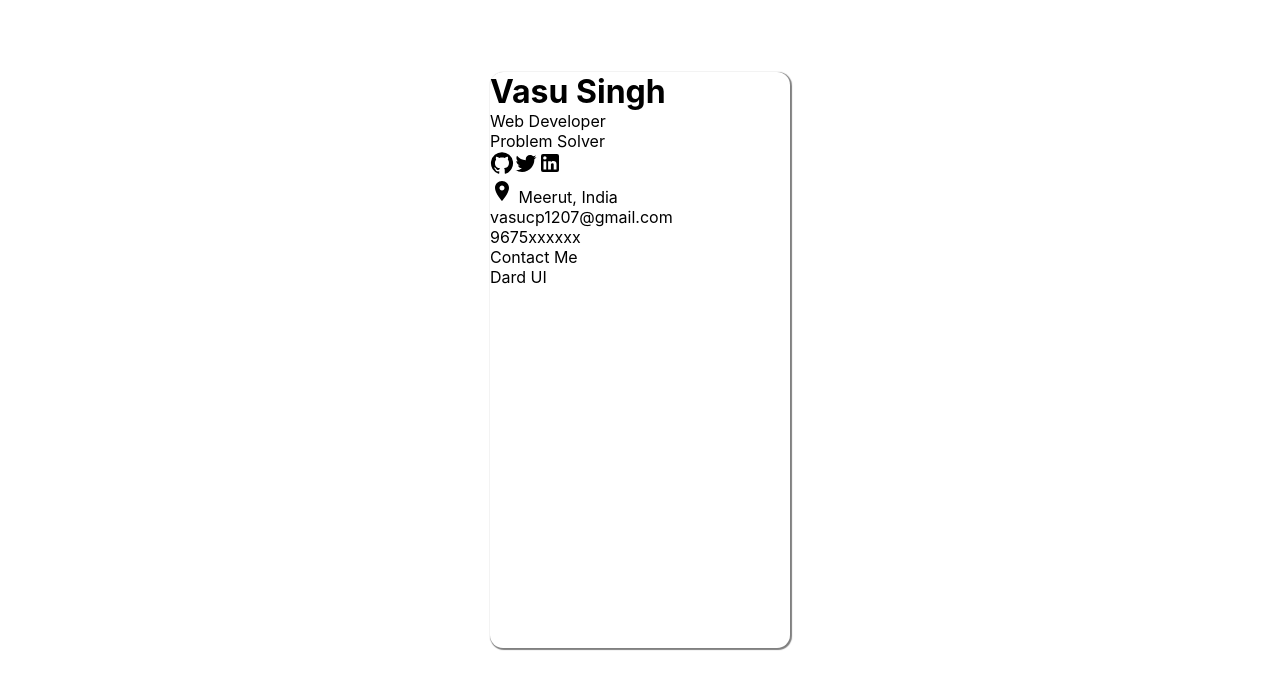
Repository: vasucp1207/grid-port
Page: /about
An editor plug-in stored every save of this project. The page is shown before and after a run of saves, followed by the edit.
The browser window is 1280 px wide. The pictures show the whole page.
Some web fonts or font styles are not loaded; a fallback is used. The project was rebuilt for these pictures with package versions that can differ from the ones it lists, and the page was loaded fresh each time. Also part of the build but not shown: src/pages/Home.js, src/pages/Projects.js.

Above is the page before, as saved 2022-08-16 22:07:16.

### public/index.html
<!DOCTYPE html>
<html lang="en">
  <head>
    <meta charset="utf-8" />
    <link rel="icon" href="%PUBLIC_URL%/favicon.ico" />
    <meta name="viewport" content="width=device-width, initial-scale=1" />
    <meta name="theme-color" content="#000000" />
    <meta
      name="description"
      content="Web site created using create-react-app"
    />
    <link rel="apple-touch-icon" href="%PUBLIC_URL%/logo192.png" />
    <!--
      manifest.json provides metadata used when your web app is installed on a
      user's mobile device or desktop. See https://developers.google.com/web/fundamentals/web-app-manifest/
    -->
    <link rel="manifest" href="%PUBLIC_URL%/manifest.json" />
    <link rel="preconnect" href="https://fonts.googleapis.com">
<link rel="preconnect" href="https://fonts.gstatic.com" crossorigin>
<link href="https://fonts.googleapis.com/css2?family=Kantumruy+Pro:wght@200;300&family=Open+Sans:ital,wght@0,300;0,600;0,700;1,800&family=Poppins:wght@400;600&family=Raleway:wght@300&family=Roboto+Flex:opsz,wght@8..144,300;8..144,400;8..144,500&display=swap" rel="stylesheet">
    <!--
      Notice the use of %PUBLIC_URL% in the tags above.
      It will be replaced with the URL of the `public` folder during the build.
      Only files inside the `public` folder can be referenced from the HTML.

      Unlike "/favicon.ico" or "favicon.ico", "%PUBLIC_URL%/favicon.ico" will
      work correctly both with client-side routing and a non-root public URL.
      Learn how to configure a non-root public URL by running `npm run build`.
    -->
    <title>React App</title>
  </head>
  <body>
    <noscript>You need to enable JavaScript to run this app.</noscript>
    <div id="root"></div>
    <!--
      This HTML file is a template.
      If you open it directly in the browser, you will see an empty page.

      You can add webfonts, meta tags, or analytics to this file.
      The build step will place the bundled scripts into the <body> tag.

      To begin the development, run `npm start` or `yarn start`.
      To create a production bundle, use `npm run build` or `yarn build`.
    -->
  </body>
</html>

### src/App.js
import './App.css';
import { Link, Route, Routes } from 'react-router-dom';
import AboutMe from './pages/AboutMe';
import Home from './pages/Home';
import Projects from './pages/Projects';

function App() {
  return (
    <div>
      <Routes>
        <Route exact path="/" element={<Home />} />
        <Route exact path="/about" element={<AboutMe />} />
        <Route exact path="/projects" element={<Projects />} />
      </Routes>
    </div>
  );
}

export default App;

### src/App.css
:root {
  --d: 700ms;
  --e: cubic-bezier(0.19, 1, 0.22, 1);
  --font-sans: "Rubik", sans-serif;
  --font-serif: "Cardo", serif;
  font-family: Poppins;
}

* {
  box-sizing: border-box;
  padding: 0;
  margin: 0;
}

html, body {
  height: 100vh;
  width: 100vw;
}

body {
  display: grid;
  place-items: center;
}

.page-content {
  display: grid;
  width: 100vw;
  height: 100vh;
  margin: 0 auto;
}
@media (min-width: 600px) {
  .page-content {
    grid-template-columns: repeat(2, 1fr);
  }
}
@media (min-width: 800px) {
  .page-content {
    grid-template-columns: repeat(2, 1fr);
  }
}

.card {
  position: relative;
  display: flex;
  align-items: flex-end;
  overflow: hidden;
  padding: 1rem;
  width: 100%;
  text-align: center;
  color: whitesmoke;
  background-color: whitesmoke;
  box-shadow: 0 1px 1px rgba(0, 0, 0, 0.1), 0 2px 2px rgba(0, 0, 0, 0.1), 0 4px 4px rgba(0, 0, 0, 0.1), 0 8px 8px rgba(0, 0, 0, 0.1), 0 16px 16px rgba(0, 0, 0, 0.1);
}
@media (min-width: 600px) {
  .card {
    height: 100vh;
  }
}
.card:before {
  content: "";
  position: absolute;
  top: 0;
  left: 0;
  width: 100%;
  height: 110%;
  background-size: cover;
  background-position: 0 0;
  transition: transform calc(var(--d) * 1.5) var(--e);
  pointer-events: none;
}
.card:after {
  content: "";
  display: block;
  position: absolute;
  top: 0;
  left: 0;
  width: 100%;
  height: 200%;
  pointer-events: none;
  background-image: linear-gradient(to bottom, rgba(0, 0, 0, 0) 0%, rgba(0, 0, 0, 0.009) 11.7%, rgba(0, 0, 0, 0.034) 22.1%, rgba(0, 0, 0, 0.072) 31.2%, rgba(0, 0, 0, 0.123) 39.4%, rgba(0, 0, 0, 0.182) 46.6%, rgba(0, 0, 0, 0.249) 53.1%, rgba(0, 0, 0, 0.32) 58.9%, rgba(0, 0, 0, 0.394) 64.3%, rgba(0, 0, 0, 0.468) 69.3%, rgba(0, 0, 0, 0.54) 74.1%, rgba(0, 0, 0, 0.607) 78.8%, rgba(0, 0, 0, 0.668) 83.6%, rgba(0, 0, 0, 0.721) 88.7%, rgba(0, 0, 0, 0.762) 94.1%, rgba(0, 0, 0, 0.79) 100%);
  transform: translateY(-50%);
  transition: transform calc(var(--d) * 2) var(--e);
}
.card:nth-child(1):before {
  background-image: url(https://images.unsplash.com/photo-1493612276216-ee3925520721?ixlib=rb-1.2.1&ixid=MnwxMjA3fDB8MHxwaG90by1wYWdlfHx8fGVufDB8fHx8&auto=format&fit=crop&w=2864&q=80);
}
.card:nth-child(2):before {
  background-image: url(https://images.unsplash.com/photo-1492551557933-34265f7af79e?ixlib=rb-1.2.1&ixid=MnwxMjA3fDB8MHxwaG90by1wYWdlfHx8fGVufDB8fHx8&auto=format&fit=crop&w=1740&q=80);
}
.card:nth-child(3):before {
  background-image: url(https://images.unsplash.com/photo-1545243424-0ce743321e11?ixlib=rb-1.2.1&q=80&fm=jpg&crop=entropy&cs=tinysrgb&w=400&fit=max&ixid=eyJhcHBfaWQiOjE0NTg5fQ);
}
.card:nth-child(4):before {
  background-image: url(https://images.unsplash.com/photo-1531306728370-e2ebd9d7bb99?ixlib=rb-1.2.1&q=80&fm=jpg&crop=entropy&cs=tinysrgb&w=400&fit=max&ixid=eyJhcHBfaWQiOjE0NTg5fQ);
}

.content {
  position: relative;
  display: flex;
  flex-direction: column;
  align-items: center;
  width: 100%;
  padding: 1rem;
  transition: transform var(--d) var(--e);
  z-index: 1;
}
.content > * + * {
  margin-top: 1rem;
}

.title {
  font-size: 50px;
}

.copy {
  font-size: 30px;
}

.btn {
  cursor: pointer;
  margin-top: 1.5rem;
  padding: 0.75rem 1.5rem;
  font-size: 20px;
  letter-spacing: 0.025rem;
  text-transform: uppercase;
  color: white;
  background-color: black;
  border: none;
}
.btn:hover {
  background-color: white;
  color: black;
  transition: 0.3;
  border-radius: 7px;
}
.btn:focus {
  outline: 1px dashed yellow;
  outline-offset: 3px;
}

@media (hover: hover) and (min-width: 600px) {
  .card:after {
    transform: translateY(0);
  }

  .content {
    transform: translateY(calc(100% - 4.5rem));
  }
  .content > *:not(.title) {
    opacity: 0;
    transform: translateY(1rem);
    transition: transform var(--d) var(--e), opacity var(--d) var(--e);
  }

  .card:hover,
.card:focus-within {
    align-items: center;
  }
  .card:hover:before,
.card:focus-within:before {
    transform: translateY(-4%);
  }
  .card:hover:after,
.card:focus-within:after {
    transform: translateY(-50%);
  }
  .card:hover .content,
.card:focus-within .content {
    transform: translateY(0);
  }
  .card:hover .content > *:not(.title),
.card:focus-within .content > *:not(.title) {
    opacity: 1;
    transform: translateY(0);
    transition-delay: calc(var(--d) / 8);
  }

  .card:focus-within:before, .card:focus-within:after,
.card:focus-within .content,
.card:focus-within .content > *:not(.title) {
    transition-duration: 0s;
  }
}

### src/pages/AboutMe.js
import React from 'react'
import { motion } from 'framer-motion'
import styled, { StyledComponent } from 'styled-components'
import GitHubIcon from '@mui/icons-material/GitHub';
import TwitterIcon from '@mui/icons-material/Twitter';
import LinkedInIcon from '@mui/icons-material/LinkedIn';
import LocationOnIcon from '@mui/icons-material/LocationOn';

function AboutMe() {

    const pageVarients = {
        initial: {
            opacity: 0
        },
        in: {
            opacity: 1
        },
        out: {
            opacity: 0
        }
    }

    return (
        <Container>
            <motion.div
                initial='initial'
                animate='in'
                exit='out'
                variants={pageVarients}
                transition={{ duration: 1.2, type: 'spring' }}
            >

                <Comp>
                    <Left>
                        <div class='avatar'></div>
                        <h1>Vasu Singh</h1>
                        <div class='sim-btn'>Web Developer</div>
                        <div class='sim-btn'>Problem Solver</div>
                        <div>
                            <GitHubIcon />
                            <TwitterIcon />
                            <LinkedInIcon />
                        </div>
                        <div class='address'>
                            <p><LocationOnIcon/> Meerut, India</p>
                            <p>vasucp1207@gmail.com</p>
                            <p>9675xxxxxx</p>
                        </div>
                        <div class='gb-btn'>Contact Me</div>
                        <div class='gb-btn'>Dard UI</div>
                    </Left>
                    <Right></Right>
                </Comp>

            </motion.div>
        </Container>
    )
}

export default AboutMe

const Container = styled.div`
    /* background-image: linear-gradient(to right bottom,#00f260,#0575e6); */
`

const Comp = styled.div`

`

const Left = styled.div`
    height: 80vh;
    width: 300px;
    box-shadow: 1px 1px 1px 1px gray;
    border-radius: 13px;

    .avatar{
        height: ;
    }
`

const Right = styled.div`

`

Loaded but not shown: src/index.js (common file); src/index.css (common file)

After the next 2 saves:
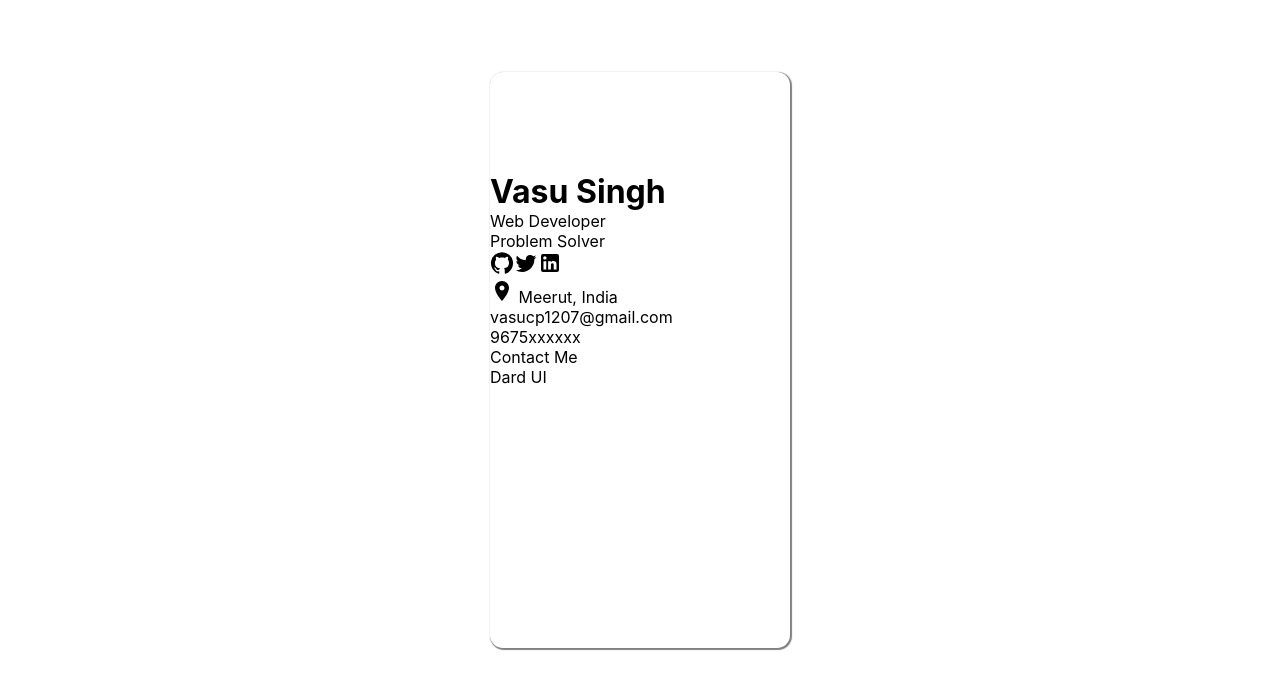
The 2 saves are shown as one change because they came seconds apart.
The last was saved 10 s later.
--- a/src/pages/AboutMe.js
+++ b/src/pages/AboutMe.js
@@ -74,7 +74,8 @@ const Left = styled.div`
     border-radius: 13px;
 
     .avatar{
-        height: ;
+        height: 100px;
+        border
     }
 `
 
